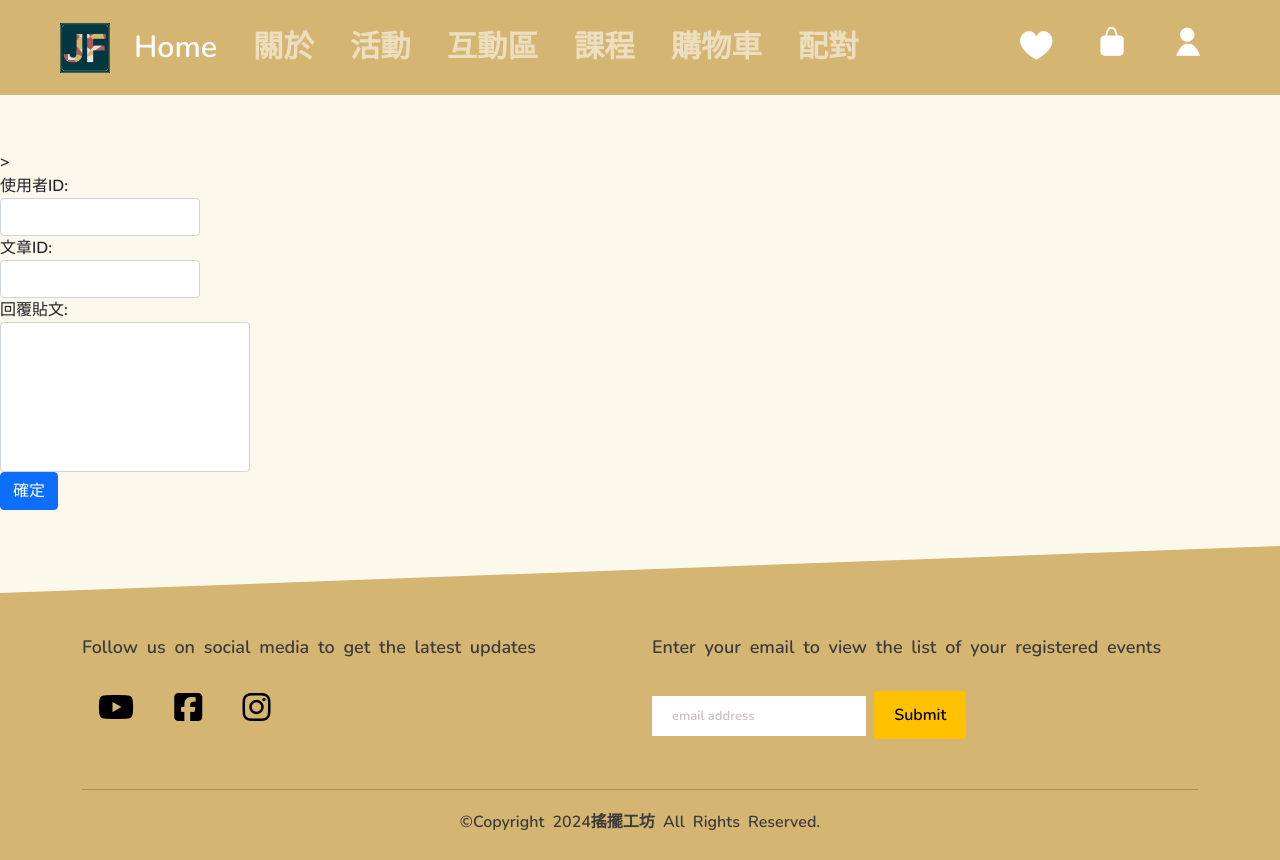
Repository: mmmooonnn0211/project
Page: workspace/demoSpringBoot-1/src/main/resources/static/html/ReplyInsertFront.html
These files come from the project's save history. The page is drawn as it stood at one moment and after the next save; the edit follows.
The browser window is 1280 px wide. The pictures show the whole page.
Some web libraries are served in a nearby version.

Above is the page before, as saved 2024-05-07 13:59:37.

After the next save:
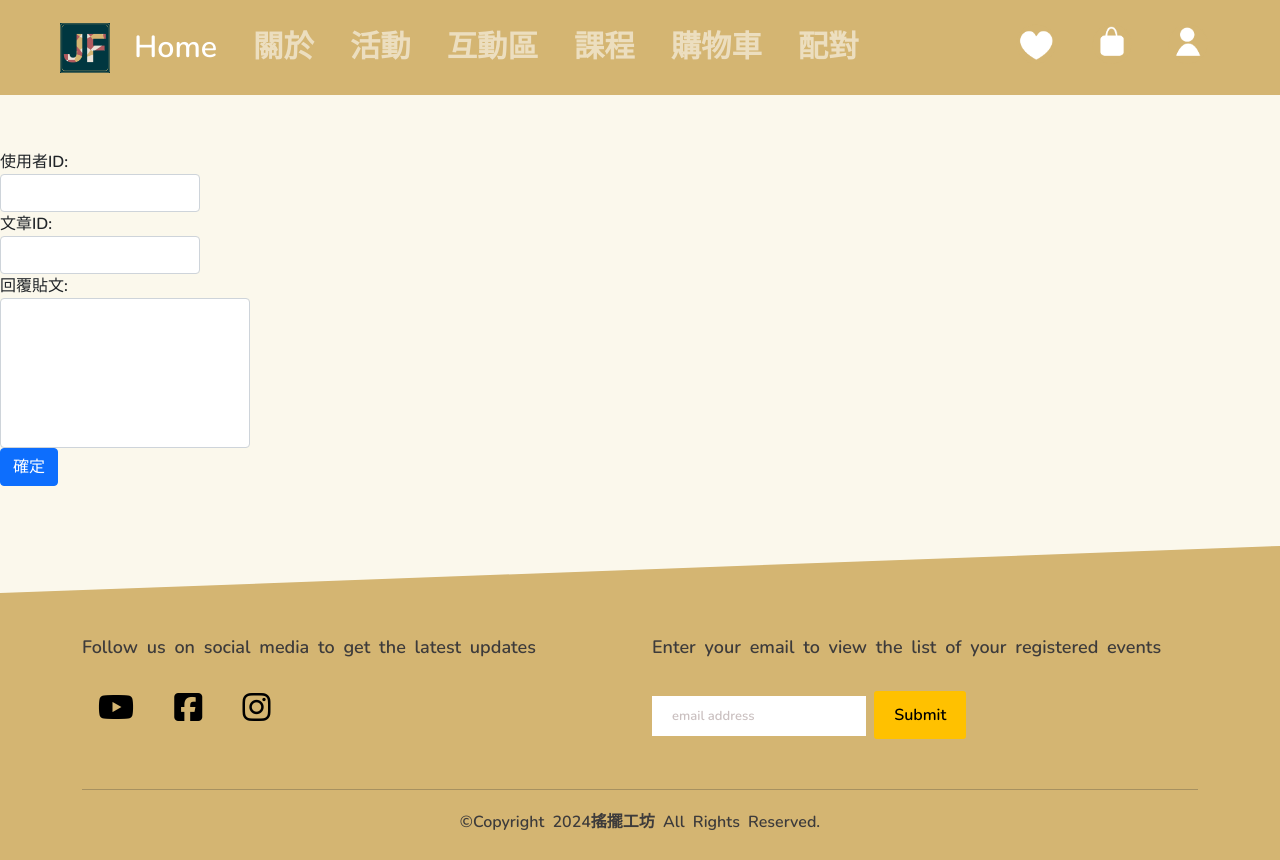
Saved 85 s later.
--- a/workspace/demoSpringBoot-1/src/main/resources/static/html/ReplyInsertFront.html
+++ b/workspace/demoSpringBoot-1/src/main/resources/static/html/ReplyInsertFront.html
@@ -2,70 +2,72 @@
 <html lang="en">
 
 <head>
-    <meta charset="UTF-8">
-    <meta name="viewport" content="width=device-width, initial-scale=1.0">
-    <style>
-        .main {
-            min-height: 55vh;
-            /* 让 .slant 至少占据整个视口高度 */
+	<meta charset="UTF-8">
+	<meta name="viewport" content="width=device-width, initial-scale=1.0">
+	<style>
+		.main {
+			min-height: 55vh;
+			/* 让 .slant 至少占据整个视口高度 */
 
-        }
-    </style>
-    <!-- Bootstrap CSS -->
-    <link href="https://cdn.jsdelivr.net/npm/bootstrap@5.0.0-beta3/dist/css/bootstrap.min.css" rel="stylesheet"
-        integrity="sha384-eOJMYsd53ii+scO/bJGFsiCZc+5NDVN2yr8+0RDqr0Ql0h+rP48ckxlpbzKgwra6" crossorigin="anonymous">
-    <script src="https://kit.fontawesome.com/4287c80df9.js" crossorigin="anonymous"></script>
+		}
+	</style>
+	<!-- Bootstrap CSS -->
+	<link href="https://cdn.jsdelivr.net/npm/bootstrap@5.0.0-beta3/dist/css/bootstrap.min.css" rel="stylesheet"
+		integrity="sha384-eOJMYsd53ii+scO/bJGFsiCZc+5NDVN2yr8+0RDqr0Ql0h+rP48ckxlpbzKgwra6" crossorigin="anonymous">
+	<script src="https://kit.fontawesome.com/4287c80df9.js" crossorigin="anonymous"></script>
 
-    <!--Google Font : Nunito-->
-    <link rel="preconnect" href="https://fonts.gstatic.com">
-    <link href="https://fonts.googleapis.com/css2?family=Nunito:wght@600&display=swap" rel="stylesheet">
+	<!--Google Font : Nunito-->
+	<link rel="preconnect" href="https://fonts.gstatic.com">
+	<link href="https://fonts.googleapis.com/css2?family=Nunito:wght@600&display=swap" rel="stylesheet">
 
-    <!-- For style(All CSS content) -->
-    <link rel="stylesheet" type="text/css" href="../styles/home.css" />
-    <link rel="stylesheet" type="text/css" href="../styles/footer.css" />
-    <link rel="stylesheet" type="text/css" href="../styles/navbar.css" />
-    <link rel="icon" href="images/favicon.ico">
+	<!-- For style(All CSS content) -->
+	<link rel="stylesheet" type="text/css" href="../styles/home.css" />
+	<link rel="stylesheet" type="text/css" href="../styles/footer.css" />
+	<link rel="stylesheet" type="text/css" href="../styles/navbar.css" />
+	<link rel="icon" href="images/favicon.ico">
 
-    <!-- JS Bundle for BS  -->
-    <script src="https://cdn.jsdelivr.net/npm/popper.js@1.16.1/dist/umd/popper.min.js"
-        integrity="sha384-9/reFTGAW83EW2RDu2S0VKaIzap3H66lZH81PoYlFhbGU+6BZp6G7niu735Sk7lN" crossorigin="anonymous">
-        </script>
-    <title>範本</title>
+	<!-- JS Bundle for BS  -->
+	<script src="https://cdn.jsdelivr.net/npm/popper.js@1.16.1/dist/umd/popper.min.js"
+		integrity="sha384-9/reFTGAW83EW2RDu2S0VKaIzap3H66lZH81PoYlFhbGU+6BZp6G7niu735Sk7lN" crossorigin="anonymous">
+		</script>
+	<title>範本</title>
 </head>
 
 
 <body>
 	<div class="container-fluid" style="margin-top: 150px;">
 
-	    </div>
-	    <!-- <section> -->
-	    <div class="main" container text-center>
-			>
-	<form method="post" action="/ReplyinsertFront.controller" onsubmit="return validateForm();">
+	</div>
+	<!-- <section> -->
+	<div class="main" container text-center>
+		<div>
+			<form method="post" action="/ReplyinsertFront.controller" onsubmit="return validateForm();">
 
-	    <div class="form-group">
-	        <label for="userId">使用者ID:</label>
-	        <input type="text" id="userId" name="userId" class="form-control" style="width: 200px;" />
-	    </div>
+				<div class="form-group">
+					<label for="userId">使用者ID:</label>
+					<input type="text" id="userId" name="userId" class="form-control" style="width: 200px;" />
+				</div>
 
-	    <div class="form-group">
-	        <label for="LTId">文章ID:</label>
-	        <input type="text" id="LTId" name="LTId" class="form-control" style="width: 200px;" />
-	    </div>
+				<div class="form-group">
+					<label for="LTId">文章ID:</label>
+					<input type="text" id="LTId" name="LTId" class="form-control" style="width: 200px;" />
+				</div>
 
-	    <div class="form-group">
-	        <label for="replypost">回覆貼文:</label>
-	        <input type="text" id="replypost" name="replypost" class="form-control"	style="width: 250px; height: 150px;" />
-	    </div>
+				<div class="form-group">
+					<label for="replypost">回覆貼文:</label>
+					<input type="text" id="replypost" name="replypost" class="form-control"
+						style="width: 250px; height: 150px;" />
+				</div>
 
-	    <button type="submit" class="btn btn-primary">確定</button>
+				<button type="submit" class="btn btn-primary">確定</button>
 
-	</form>
+			</form>
 
-	    </div>
-	    <script src="https://cdn.jsdelivr.net/npm/bootstrap@5.0.0-beta3/dist/js/bootstrap.bundle.min.js"
-	        integrity="sha384-JEW9xMcG8R+pH31jmWH6WWP0WintQrMb4s7ZOdauHnUtxwoG2vI5DkLtS3qm9Ekf" crossorigin="anonymous">
-	        </script>
+		</div>
+	</div>
+	<script src="https://cdn.jsdelivr.net/npm/bootstrap@5.0.0-beta3/dist/js/bootstrap.bundle.min.js"
+		integrity="sha384-JEW9xMcG8R+pH31jmWH6WWP0WintQrMb4s7ZOdauHnUtxwoG2vI5DkLtS3qm9Ekf" crossorigin="anonymous">
+		</script>
 
 
 	<div align="center"></div>
@@ -92,16 +94,16 @@
 		}
 	</script>
 
-	    <script>
+	<script>
 
-	        fetch('basic.html')
-	            .then(response => response.text())
-	            .then(html => {
-	                document.body.innerHTML += html;
-	            });
+		fetch('basic.html')
+			.then(response => response.text())
+			.then(html => {
+				document.body.innerHTML += html;
+			});
 
 
-	    </script>
+	</script>
 </body>
 
 </html>
